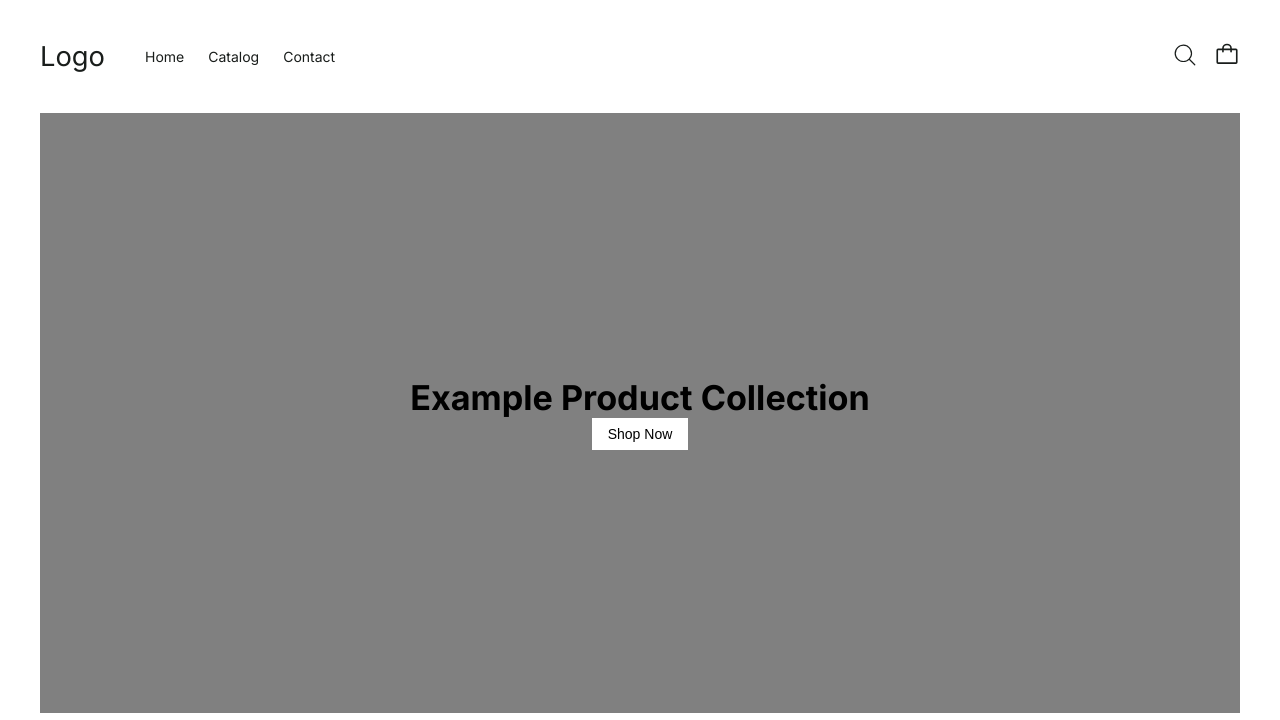
Repository: David-Waite/ecommercefrontendTemplate
Page: /
These files come from the project's save history. The page is drawn as it stood at one moment and after the next save; the edit follows.
The browser window is 1280 px wide. The pictures show the whole page.
The project was rebuilt for these pictures with package versions that can differ from the ones it lists, and the page was loaded fresh each time. The framework's server and built-in components were replaced by stand-ins that run in the browser. Also part of the build but not shown: next.config.js.

Above is the page before, as saved 2023-08-24 19:29:31.

After the next save:
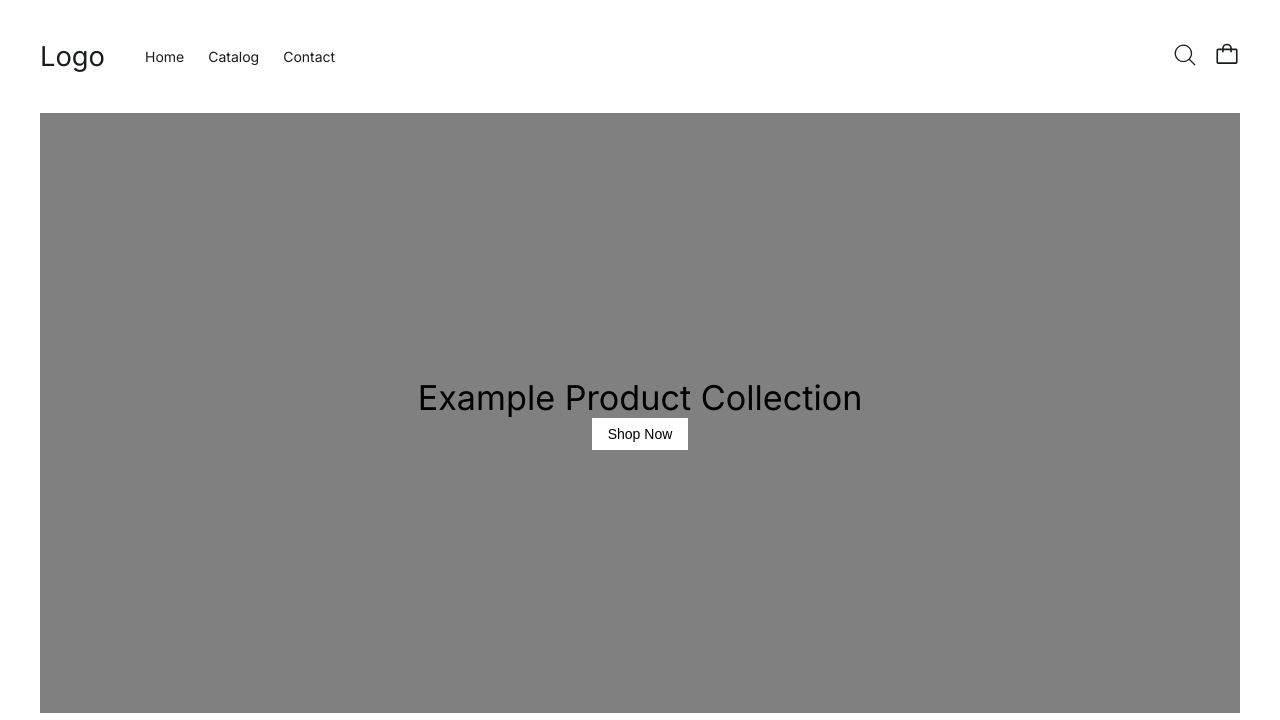
Saved 6 s later.
--- a/app/page.module.css
+++ b/app/page.module.css
@@ -15,6 +15,7 @@
 
 .heroImage h1 {
   font-size: var(--fontPlus3);
+  font-weight: 400;
 }
 
 @media (max-width: 1000px) {
